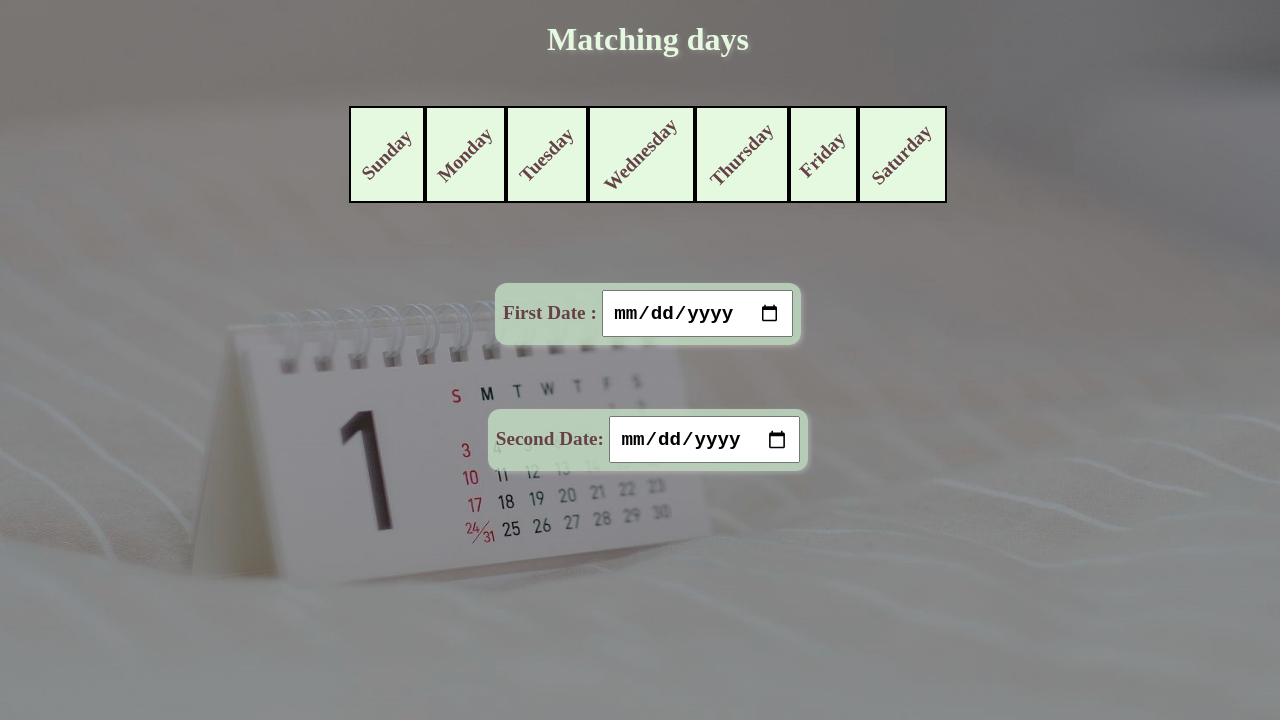
Repository: lasity34/matching-days
Page: index.html
The author's editor kept a copy of each file at every save. The page is drawn from the files as they stood at one save, then again after the next save.
The browser window is 1280 px wide. The page is 1288 px wide, so the pictures cover 1288 px, including what lies to the right of the window. The pictures show the whole page.
Some web fonts or font styles are not loaded; a fallback is used. Some web libraries are served in a nearby version.

Above is the page before, as saved 2023-05-11 15:43:12.

### index.html
<!DOCTYPE html>
<html lang="en">
<head>
    <meta charset="UTF-8">
    <meta http-equiv="X-UA-Compatible" content="IE=edge">
    <meta name="viewport" content="width=device-width, initial-scale=1.0">
    <title>Matching days</title>
    <link rel="preconnect" href="https://fonts.googleapis.com">
<link rel="preconnect" href="https://fonts.gstatic.com" crossorigin>
<link href="https://fonts.googleapis.com/css2?family=Battambang:wght@300;400;700&display=swap" rel="stylesheet">
    <link rel="stylesheet" href="style.css" >
    <script src="https://cdnjs.cloudflare.com/ajax/libs/handlebars.js/4.0.11/handlebars.min.js"></script>
    <script type="text/x-template" id="days_template">
        {{#each different_days}}
        <div class="day_box {{#if selected}} {{selected}} {{/if}}"><p class="day_text">{{day}}</p></div>
        {{/each}}
    </script>
</head>
<body>

    <h1>Matching days</h1>
    <section class="days_container">

    </section>
    <section class="date_input_container">
        <div class="input_box">

            <label for="first_date">First Date :</label>
            <input type="date" id="first_date" name="first_date" />
        </div>
        <div class="input_box">

            <label for="second_date">Second Date:</label>
            <input type="date" id="second_date" name="second_date"/>
        </div>
    </section>



    <script src="./matching-days-factory.js" charset="utf-8"></script>
    <script src="./matching-days.js" charset="utf-8"></script>


</body>
</html>

### style.css

html {
    font-family: 'Battambang', cursive;
    background: url("./Images/background.jpg") no-repeat  center / 100% 100% fixed ;
    font-weight: 700;
    font-size: 16px;
    color: #664147
}

body {
    width: 100%;
}

h1 {
    text-align: center;
    text-shadow: 2px 2px 5px rgba(227, 223, 223, 0.3);
    color: #E5F9E0;
}
/* days display */
.days_container {
    display: flex;
    justify-content: center;
    margin: 3em auto;
    width: 100%;
}

.day_box {
    border: 2px solid black;
    padding: 1em 0.3em;
    background-color: #E5F9E0
}

.day_text {
    transform: rotate(-45deg);
    font-size: 1.2rem;
}

/* dates input */


.date_input_container {
    display: flex;
    flex-direction: column;
    align-items: center;
    justify-content: space-around;
    height: 35vh;
    font-size: 1.2rem;
}

input {
    font-size: 1.2rem;
    font-weight: 700;
    padding: 0.5em;
}

.input_box {
    background-color: rgba(196, 223, 196, 0.8);
    box-shadow: 2px 2px 5px rgba(245, 243, 243, 0.3);
    border-radius: 12px;
    padding: 0.4em;
}

.day1 {
    background-color: rgb(228, 65, 198);
}

.day2 {
    background-color: rgb(86, 97, 224);
}

.same_day {
    background-color: green;
}

@media (max-width: 700px) {
    html {
        font-size: 12px;
    }
}

@media (max-width: 500px) {
    html {
        font-size: 9px;
    }
}

### matching-days-factory.js
function matching_day() {
  let date_input_value_1 = 0;
  let date_input_value_2 = 0
  const daysOfWeek = [
    "Sunday",
    "Monday",
    "Tuesday",
    "Wednesday",
    "Thursday",
    "Friday",
    "Saturday",
  ];



  function set_date_value_1(input) {
    date_input_value_1 = input
  }

  function set_date_value_2(input) {
    date_input_value_2 = input
  }

  function get_date_value_1() {
    return date_input_value_1
  }

  function get_date_value_2() {
    return date_input_value_2
  }

  function is_same_day() {
    if (get_date_value_1() === get_date_value_2()) {
        return true
    } else {
        return false
    }
  }

  function get_day_class(dateValue) {
    const date = new Date(dateValue);
    const dayOfWeek = daysOfWeek[date.getDay()];

    return dayOfWeek;
  }



  return {
    set_date_value_1,
    set_date_value_2,
    get_date_value_1,
    get_date_value_2,
    is_same_day,
    get_day_class,
  };
}

### matching-days.js
document.addEventListener("DOMContentLoaded", function () {
const first_date_input = document.querySelector("#first_date");
const second_date_input = document.querySelector("#second_date");
const daysOfWeek = [
  "Sunday",
  "Monday",
  "Tuesday",
  "Wednesday",
  "Thursday",
  "Friday",
  "Saturday",
];

const daysInstance = matching_day()



console.log(first_date_input.value)


function daysTemplate() {
  const template_source = document.querySelector("#days_template").innerHTML;
  const days_template = Handlebars.compile(template_source);
  const days_data_display = document.querySelector(".days_container");

  const daysData = {
    different_days: daysOfWeek.map((day) => {
      let selectedClass = "";
      if (
        day === daysInstance.get_day_class(daysInstance.get_date_value_1()) &&
        day === daysInstance.get_day_class(daysInstance.get_date_value_2())
      ) {
        selectedClass = "same_day";
      } else if (day ===  daysInstance.get_day_class(daysInstance.get_date_value_1())) {
        selectedClass = "day1";
      } else if (day === daysInstance.get_day_class(daysInstance.get_date_value_2())) {
        selectedClass = "day2";
      }

      return { day, selected: selectedClass };
    }),
  };

  const daysDataHTML = days_template(daysData);
  days_data_display.innerHTML = daysDataHTML;
}


  daysInstance.set_date_value_1(first_date_input.value)
  daysInstance.set_date_value_2(second_date_input.value)
  daysTemplate();
  first_date_input.addEventListener("change", daysTemplate);
  second_date_input.addEventListener("change", daysTemplate);
});

After the next save:
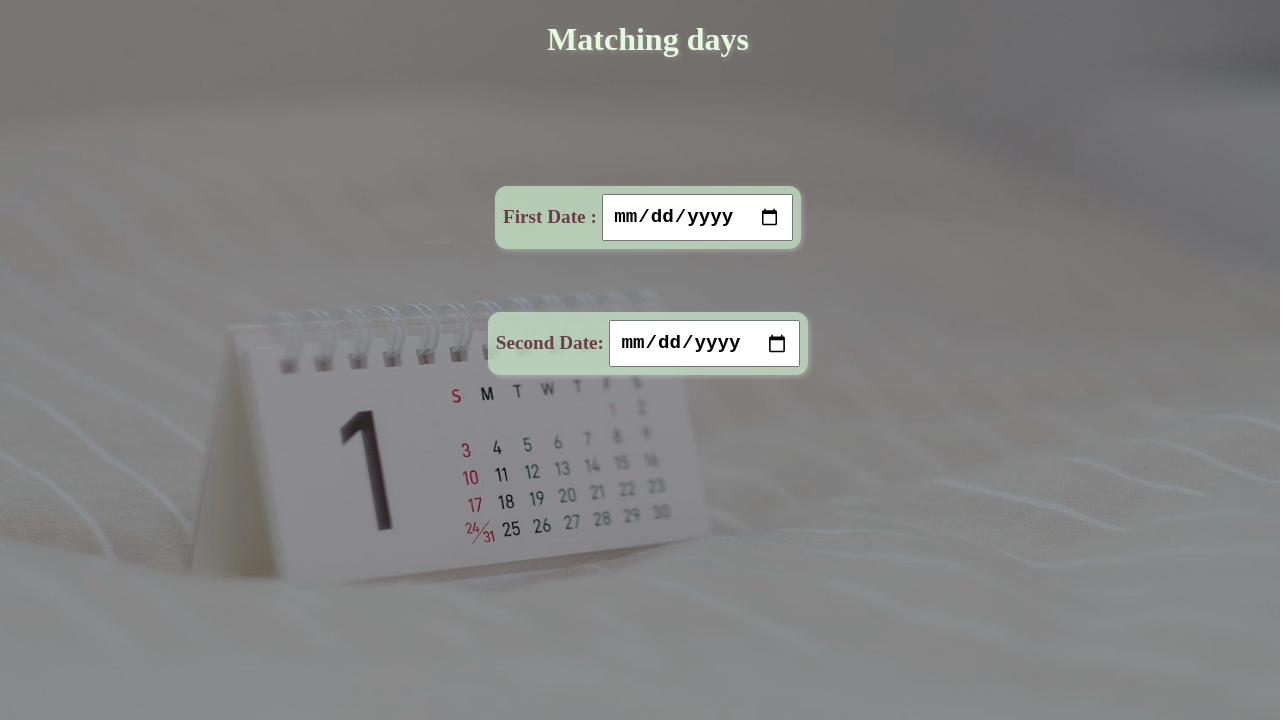
Console error: SyntaxError: missing ) after argument list
Saved 87 s later.
--- a/matching-days.js
+++ b/matching-days.js
@@ -16,7 +16,7 @@
 
 
 console.log(first_date_input.value)
-
+ console.log(daysInstance.get_day_class(daysInstance.get_date_value_1())
 
 function daysTemplate() {
   const template_source = document.querySelector("#days_template").innerHTML;

After the save that followed:
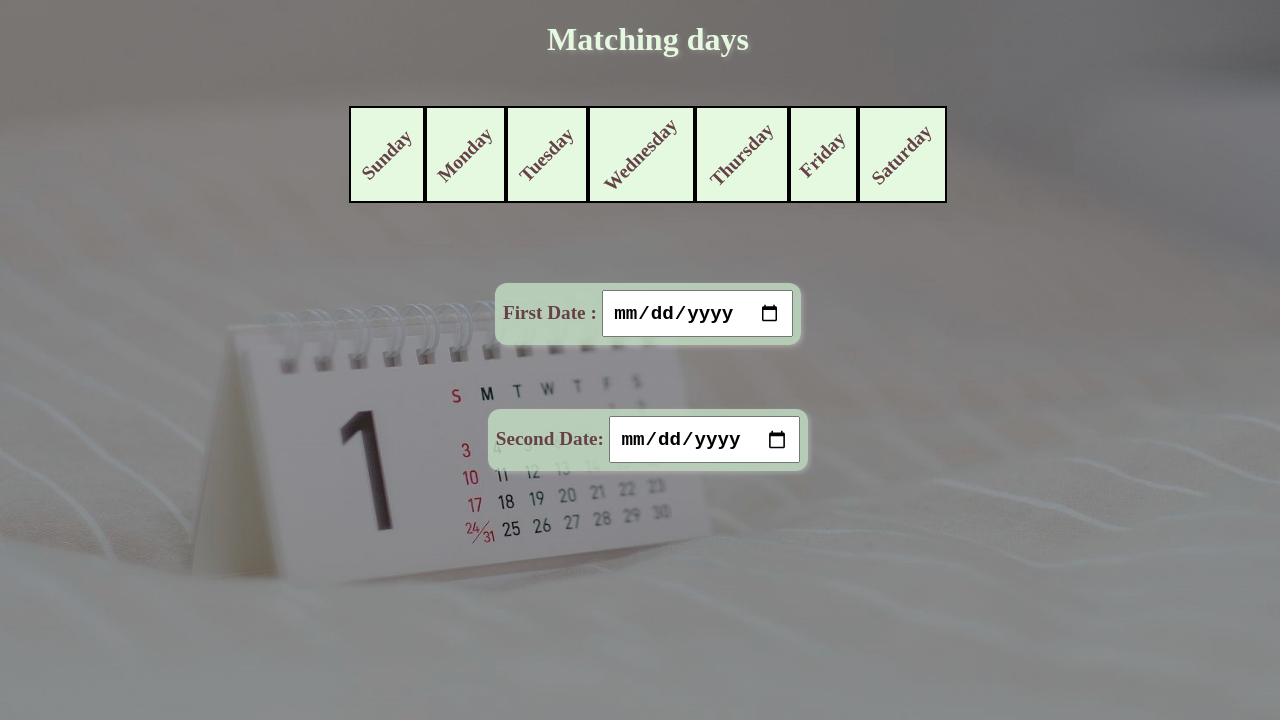
The error is gone.
Saved 17 s later.
--- a/matching-days.js
+++ b/matching-days.js
@@ -16,7 +16,7 @@
 
 
 console.log(first_date_input.value)
- console.log(daysInstance.get_day_class(daysInstance.get_date_value_1())
+ console.log(daysInstance.get_day_class(daysInstance.get_date_value_1()))
 
 function daysTemplate() {
   const template_source = document.querySelector("#days_template").innerHTML;
